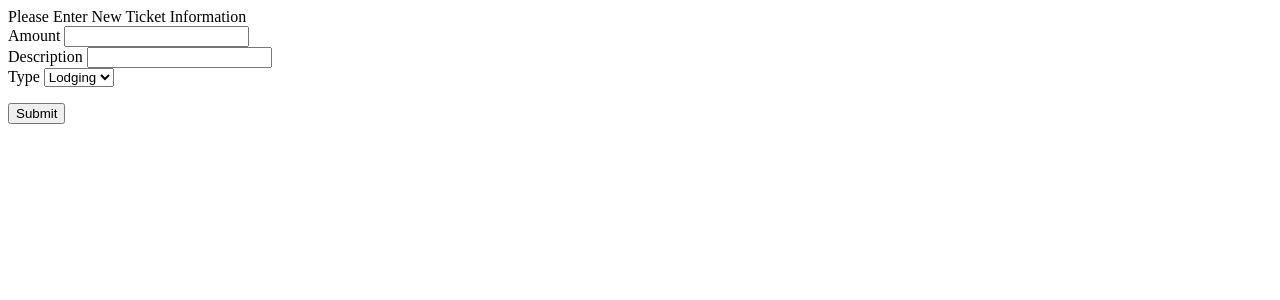
Repository: Sadiki/Expense_Reimbursement_System
Page: Ers_Project/src/main/webapp/partials/new_ticket.html
These files come from the project's save history. The page is drawn as it stood at one moment and after the next save; the edit follows.
The browser window is 1280 px wide. The pictures show the whole page.

Above is the page before, as saved 2018-11-07 04:59:30.

### Ers_Project/src/main/webapp/partials/new_ticket.html
<div id="viewContainer">
<div id= 'viewMenu'>
    Please Enter New Ticket Information
    <br>
    <form>
        Amount
        <input id='amount'>
        <br/>
        Description
        <input id='description'>
        <br/>
        Type
        <select id='type'>
            <option>Lodging</option>
            <option>Travel</option>
            <option>Food</option>
            <option>Other</option>
        </select>
</form>
<button id='addTicket'>Submit</button>

<div class ="alert-danger"></div>
</div>
</div>

After the next save:
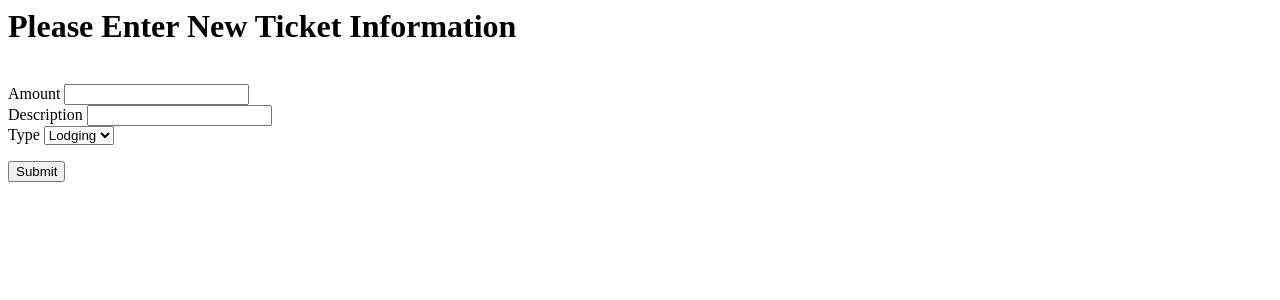
Saved 98 s later.
--- a/Ers_Project/src/main/webapp/partials/new_ticket.html
+++ b/Ers_Project/src/main/webapp/partials/new_ticket.html
@@ -1,6 +1,6 @@
 <div id="viewContainer">
 <div id= 'viewMenu'>
-    Please Enter New Ticket Information
+    <h1>Please Enter New Ticket Information</h1>
     <br>
     <form>
         Amount
